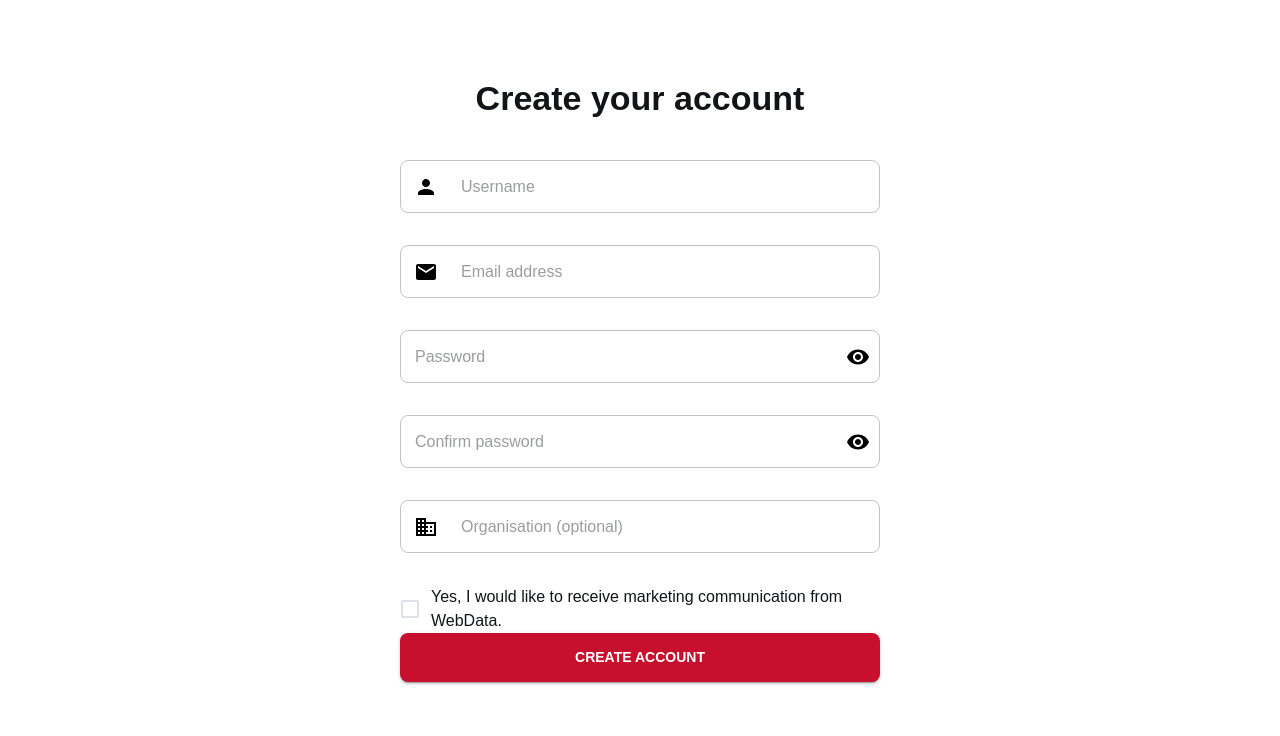
Repository: Pascal-Ahmadu/Tender-download-system
Page: /register (app in frontend/)
An editor plug-in stored every save of this project. The page is shown before and after the next save, followed by the edit.
The browser window is 1280 px wide. The pictures show the whole page.
The page's requests for data from a server got no answer. Some web fonts or font styles are not loaded; a fallback is used. The project was rebuilt for these pictures with package versions that can differ from the ones it lists, and the page was loaded fresh each time. No one was signed in, and anything a server would have sent is missing. Also part of the build but not shown: frontend/vite.config.js, frontend/src/components/pages/LoginPage.jsx.

Above is the page before, as saved 2024-07-31 08:48:32.

After the next save:
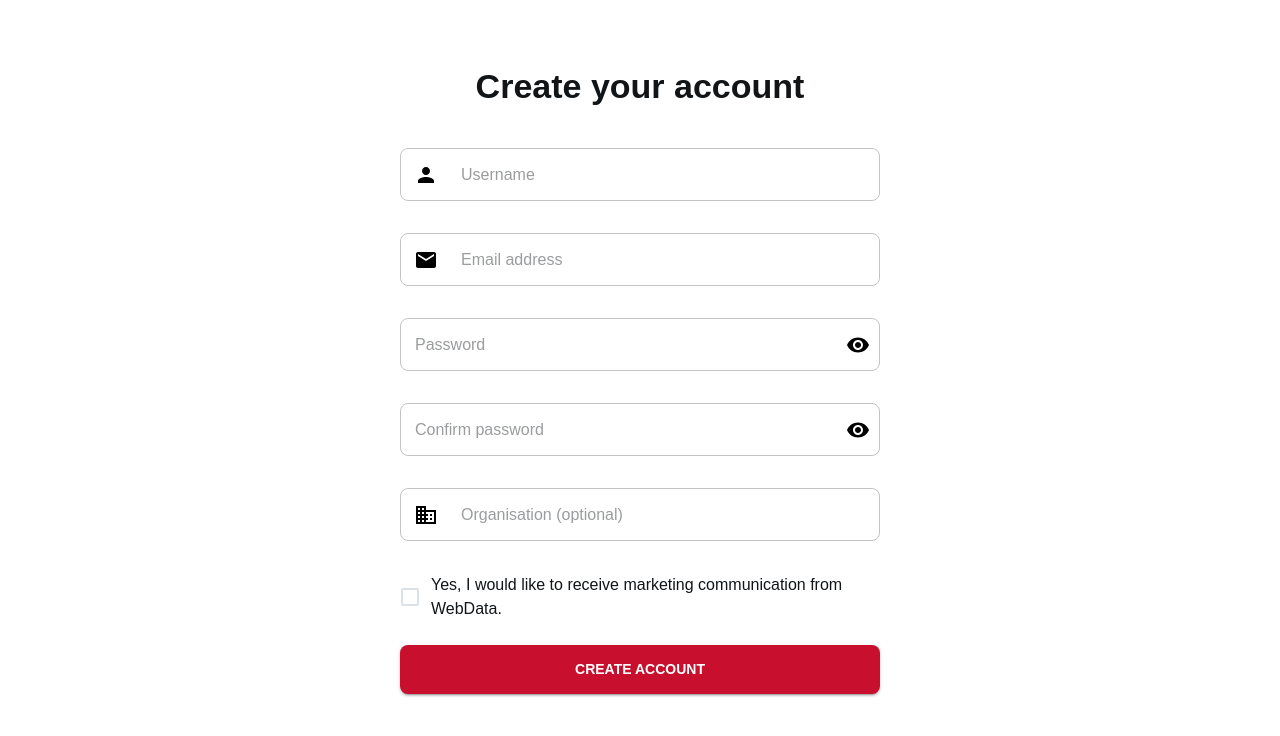
Saved 2 min 4 s later.
--- a/frontend/src/components/pages/RegistrationPage.jsx
+++ b/frontend/src/components/pages/RegistrationPage.jsx
@@ -361,6 +361,7 @@
               fontWeight: "bold",
               borderRadius: 2,
               py: 1.5, // Adjust vertical padding for height
+              mt: 3, // Add margin-top to push the button down
               width: "100%", // Ensure button width is 100% of container width
               boxSizing: "border-box", // Ensure padding is included in width
               "&:hover": {

After the save that followed:
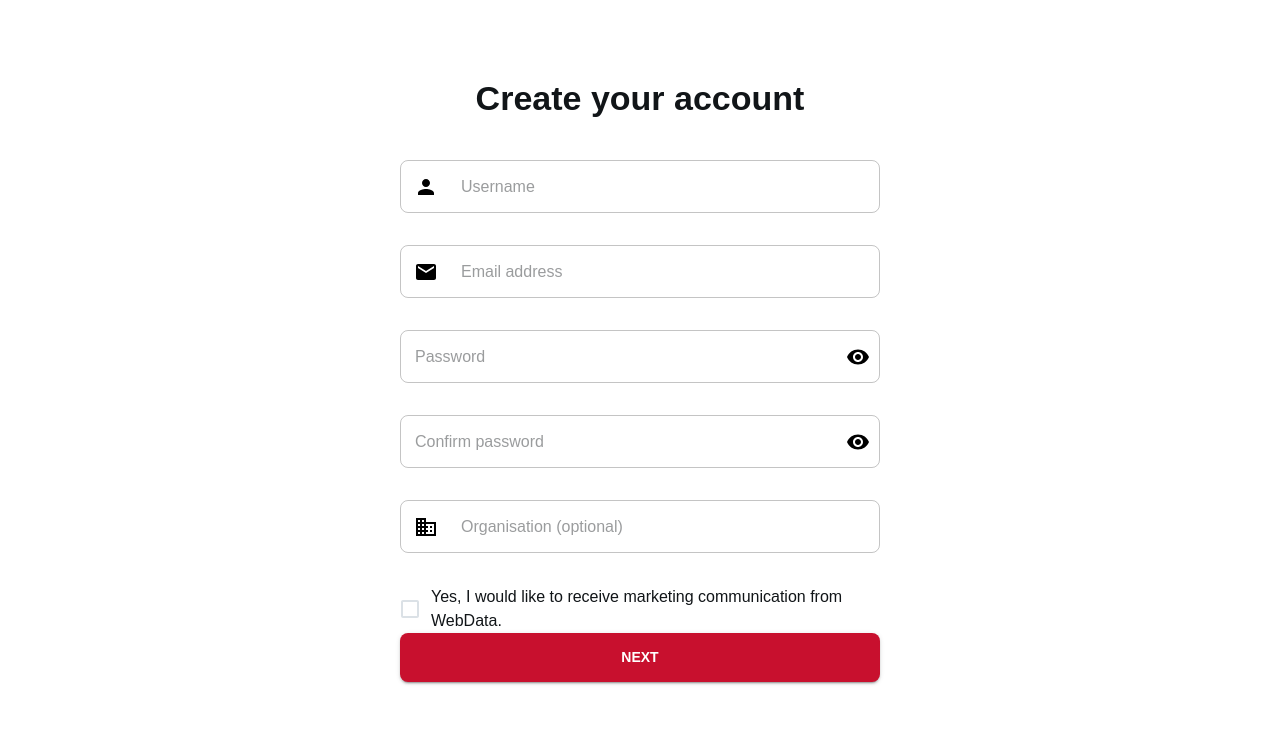
Saved 4 min 30 s later.
--- a/frontend/src/components/pages/RegistrationPage.jsx
+++ b/frontend/src/components/pages/RegistrationPage.jsx
@@ -354,22 +354,21 @@
           />
           <Button
             variant="contained"
-            fullWidth // Make the button span the width of its container
-            sx={{
-              bgcolor: "#c8102e", // Button color
+            fullWidth
+            sx={{
+              bgcolor: "#c8102e",
               color: "white",
               fontWeight: "bold",
-              borderRadius: 2,
-              py: 1.5, // Adjust vertical padding for height
-              mt: 3, // Add margin-top to push the button down
-              width: "100%", // Ensure button width is 100% of container width
-              boxSizing: "border-box", // Ensure padding is included in width
+              borderRadius: 2, // Border radius for the button
+              py: 1.5,
+              width: "100%",
+              boxSizing: "border-box",
               "&:hover": {
-                bgcolor: "#a50f1d", // Slightly darker on hover
+                bgcolor: "#a50f1d",
               },
             }}
           >
-            Create Account
+            Next
           </Button>
         </Box>
       </Box>
